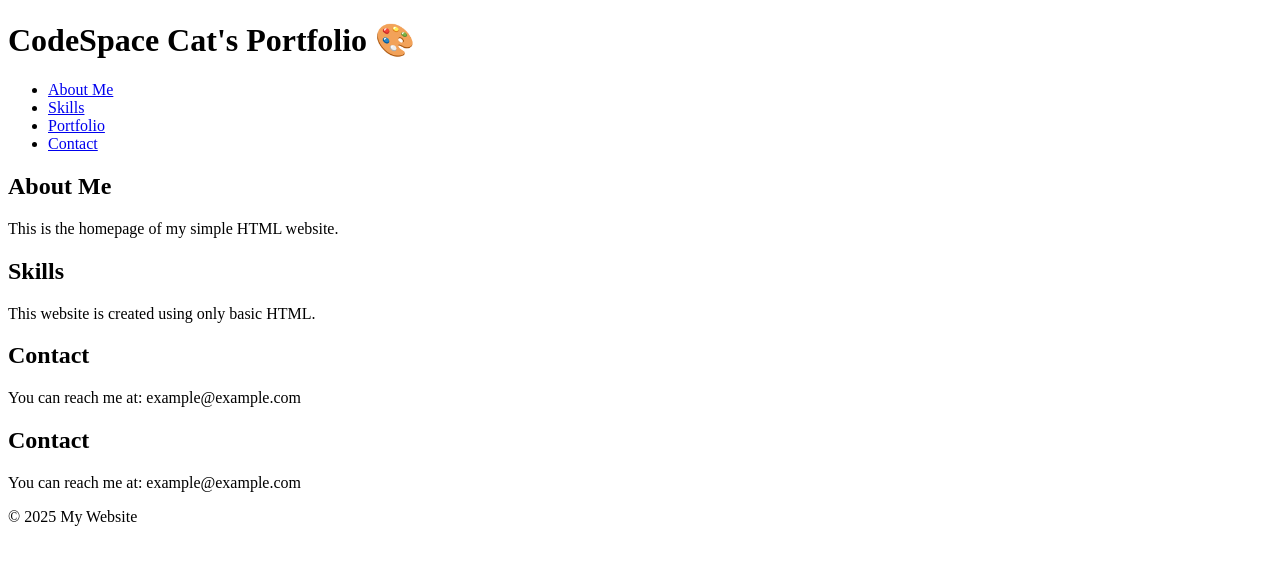
Repository: andajonas/Module_04_ANDJON25111_fto2502_A2_Anda-Jonas_SDF02
Page: index.html
These files come from the project's save history. The page is drawn as it stood at one moment and after the next save; the edit follows.
The browser window is 1280 px wide. The pictures show the whole page.

Above is the page before, as saved 2025-03-05 08:57:48.

After the next save:
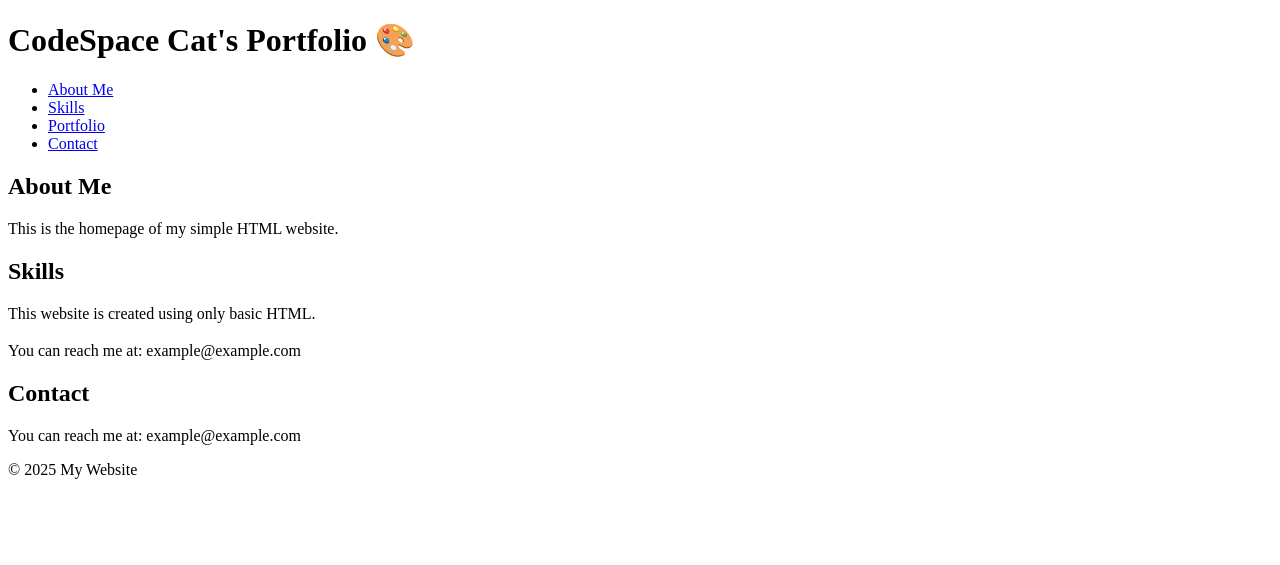
Saved 8 s later.
--- a/index.html
+++ b/index.html
@@ -24,7 +24,7 @@
         <p>This website is created using only basic HTML.</p>
     </section>
     <section id="portfolio">
-        <h2>Contact</h2>
+        <h2></h2>
         <p>You can reach me at: example@example.com</p>
     </section>
     <section id="contact">
